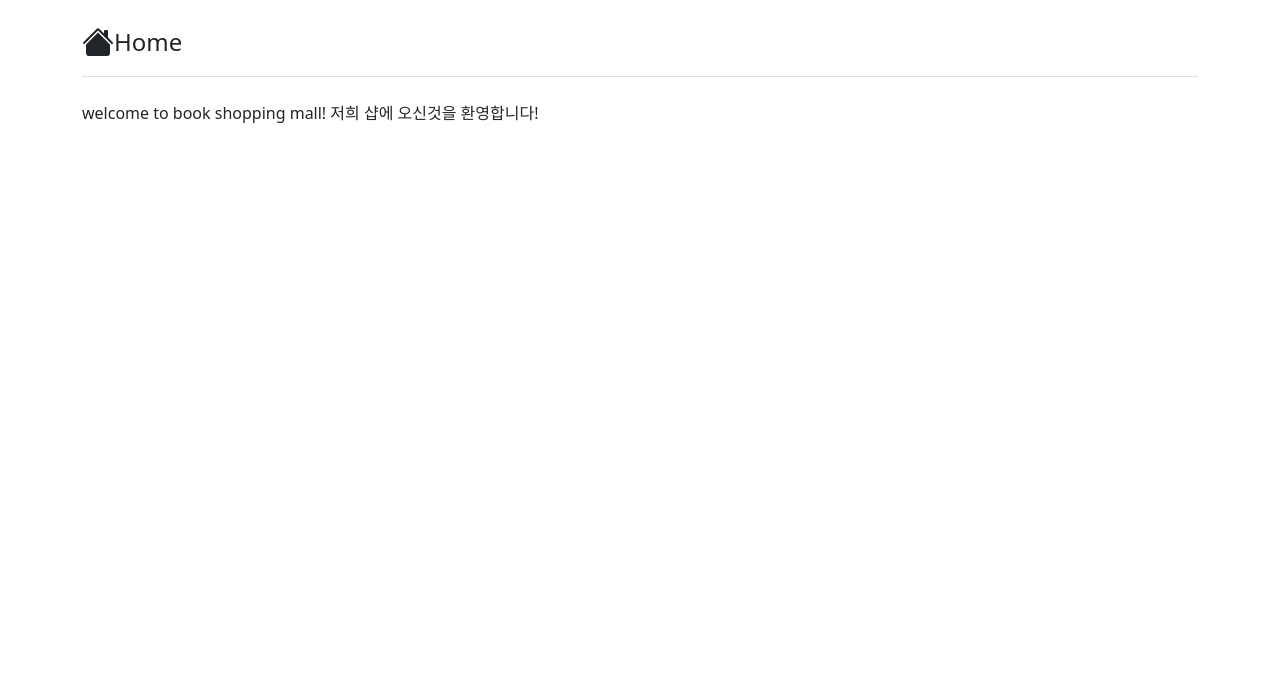
Repository: soieu/newdeal
Page: http://localhost/BookMarket/
An editor plug-in stored every save of this project. The page is shown before and after the next save, followed by the edit.
The browser window is 1280 px wide. The pictures show the whole page.
The page is served by Tomcat 9.

Above is the page before, as saved 2024-06-10 06:32:12.

After the next save:
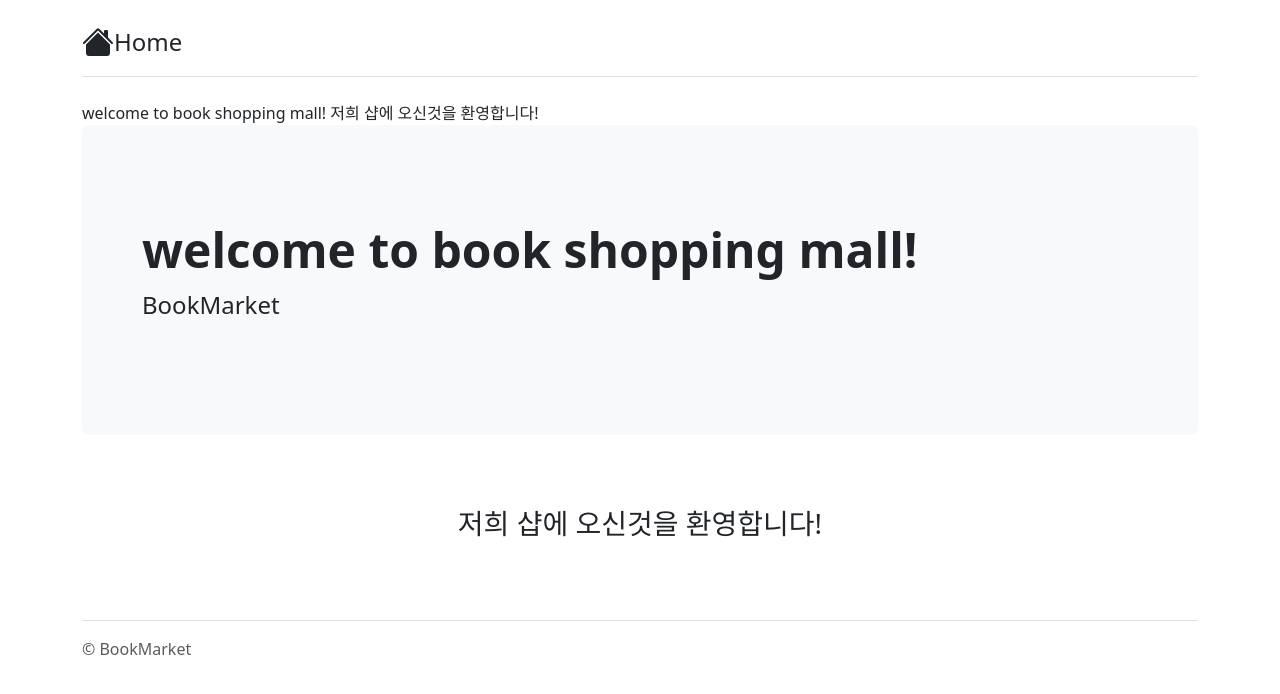
Saved 29 s later.
--- a/eclipse-workspace/BookMarket/src/main/webapp/index.jsp
+++ b/eclipse-workspace/BookMarket/src/main/webapp/index.jsp
@@ -24,6 +24,22 @@
     %>
     <%=greeting %>
     <%=tagline %>
+     <div class="p-5 mb-4 bg-body-tertiary rounded-3">
+      <div class="container-fluid py-5">
+        <h1 class="display-5 fw-bold"><%=greeting%></h1>
+        <p class="col-md-8 fs-4">BookMarket</p>
+      </div>
+    </div>
+    <div class="row align-items-md-stretch   text-center">
+      <div class="col-md-12">
+        <div class="h-100 p-5">
+          <h3><%=tagline%></h3>
+        </div>
+      </div>
+    </div>
+    <footer class="pt-3 mt-4 text-body-secondary border-top">
+      &copy; BookMarket
+    </footer>
 	</div>
 
 </body>
